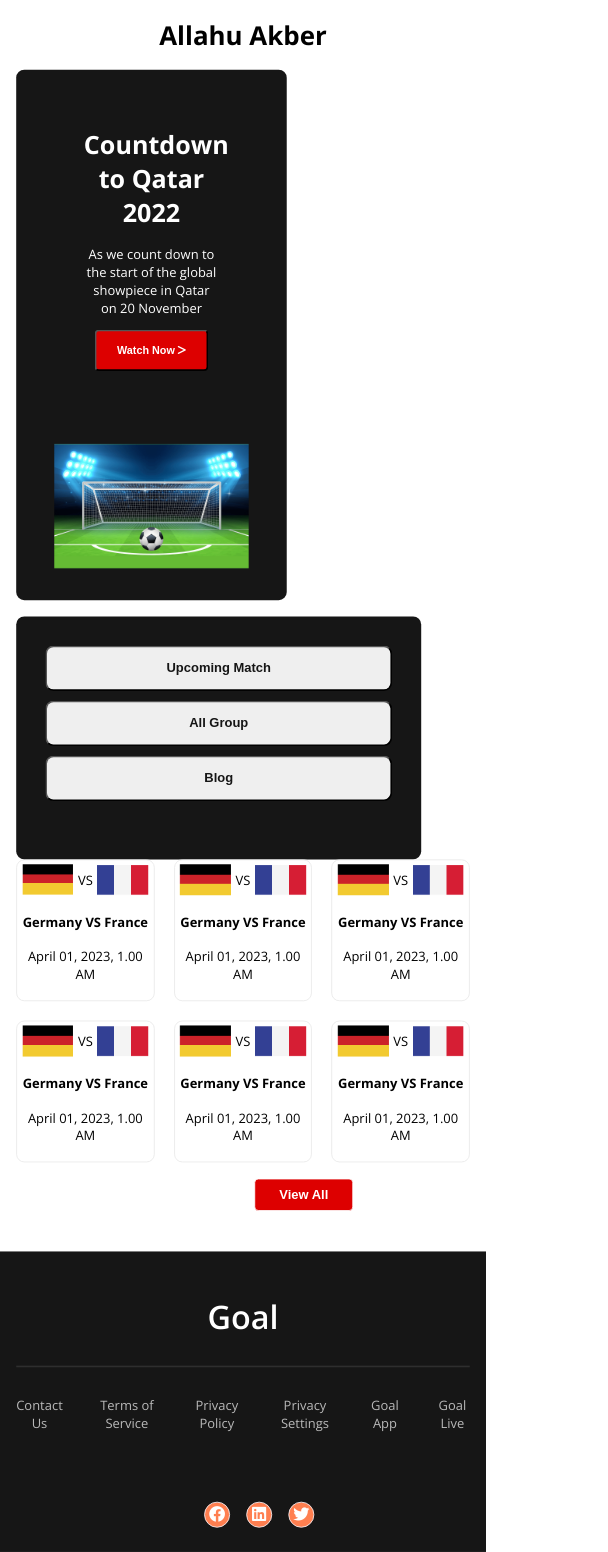
Repository: zjria/Qatar-world-cup
Page: match.html
An editor plug-in stored every save of this project. The page is shown before and after the next save, followed by the edit.
The browser window is 600 px wide. The page is 750 px wide, so the pictures cover 750 px, including what lies to the right of the window. The pictures show the whole page, at 81% of full size.

Above is the page before, as saved 2022-09-10 18:05:34.

### match.html
<!DOCTYPE html>
<html lang="en">

<head>
    <meta charset="UTF-8">
    <meta http-equiv="X-UA-Compatible" content="IE=edge">
    <meta name="viewport" content="width=device-width, initial-scale=1.0">
    <title>QATAR WORLD CUP</title>
    <!-- Font Awesome CDN Link -->
    <link rel="stylesheet" href="https://cdnjs.cloudflare.com/ajax/libs/font-awesome/6.2.0/css/all.min.css"
        integrity="sha512-xh6O/CkQoPOWDdYTDqeRdPCVd1SpvCA9XXcUnZS2FmJNp1coAFzvtCN9BmamE+4aHK8yyUHUSCcJHgXloTyT2A=="
        crossorigin="anonymous" referrerpolicy="no-referrer" />
    <!-- Font Awesome CDN Link -->
    <link rel="stylesheet" href="https://cdnjs.cloudflare.com/ajax/libs/font-awesome/6.2.0/css/all.min.css"
        integrity="sha512-xh6O/CkQoPOWDdYTDqeRdPCVd1SpvCA9XXcUnZS2FmJNp1coAFzvtCN9BmamE+4aHK8yyUHUSCcJHgXloTyT2A=="
        crossorigin="anonymous" referrerpolicy="no-referrer" />
    <!-- Custom CSS -->
    <link rel="stylesheet" href="style.css">

</head>

<body>
    <h1 style="text-align:center;">Allahu Akber</h1>


    <!-- Header Section -->
    <header class="header-container">

        <div class="header-text">
            <h1>Countdown to Qatar 2022</h1>
            <p>As we count down to the start of the global showpiece in Qatar on 20 November</p>
            <button>Watch Now <i class="fa-solid fa-greater-than"></i> </button>
        </div>

        <div class="header-img">
            <marquee behavior="alternate" scrollamount="0" direction="">
                <marquee behavior="alternate" scrollamount="0" direction="">
                    <img src="images/Ball.png" class="ball" alt="">
                </marquee>

            </marquee>

        </div>


    </header>


    <!-- Nav Section start HTML -->
    <div class="nav-container">
        <nav class="nav-section">
            <div class="all-button">
                <button><a href="#">Upcoming Match</a></button>
                <button><a href="#">All Group</a></button>
                <button><a href="#">Blog</a></button>
            </div>
        </nav>

        <!-- Main Section Start HTML  -->
        <main class="main-section">

            <div class="transfer">
                <div class="match-vs">
                    <img id="img-style" src="images/germany Flag.png" alt=""> <span>VS</span>
                    <img id="img-style" src="images/Flag.png" alt="">
                </div>
                <div class="match-text">
                    <h4>Germany VS France </h4>
                    <p>April 01, 2023, 1.00 AM</p>
                </div>
            </div>
            <div class="transfer">
                <div class="match-vs">
                    <img id="img-style" src="images/germany Flag.png" alt=""> <span>VS</span>
                    <img id="img-style" src="images/Flag.png" alt="">
                </div>
                <div class="match-text">
                    <h4>Germany VS France </h4>
                    <p>April 01, 2023, 1.00 AM</p>
                </div>
            </div>
            <div class="transfer">
                <div class="match-vs">
                    <img id="img-style" src="images/germany Flag.png" alt=""> <span>VS</span>
                    <img id="img-style" src="images/Flag.png" alt="">
                </div>
                <div class="match-text">
                    <h4>Germany VS France </h4>
                    <p>April 01, 2023, 1.00 AM</p>
                </div>
            </div>
            <div class="transfer">
                <div class="match-vs">
                    <img id="img-style" src="images/germany Flag.png" alt=""> <span>VS</span>
                    <img id="img-style" src="images/Flag.png" alt="">
                </div>
                <div class="match-text">
                    <h4>Germany VS France </h4>
                    <p>April 01, 2023, 1.00 AM</p>
                </div>
            </div>
            <div class="transfer">
                <div class="match-vs">
                    <img id="img-style" src="images/germany Flag.png" alt=""> <span>VS</span>
                    <img id="img-style" src="images/Flag.png" alt="">
                </div>
                <div class="match-text">
                    <h4>Germany VS France </h4>
                    <p>April 01, 2023, 1.00 AM</p>
                </div>
            </div>
            <div class="transfer">
                <div class="match-vs">
                    <img id="img-style" src="images/germany Flag.png" alt=""> <span>VS</span>
                    <img id="img-style" src="images/Flag.png" alt="">
                </div>
                <div class="match-text">
                    <h4>Germany VS France </h4>
                    <p>April 01, 2023, 1.00 AM</p>
                </div>
            </div>

        </main>
    </div>

    <!-- Only Table -->
    <div class="view-all">
        <Button>View All</Button>
    </div>

    <!-- Footer Section start -->
    <div class="footer-container">
        <div class="footer">
            <h2>Goal</h2>
            <hr>
            <div class="footer-text">
                <ul>
                    <li>Contact Us</li>
                    <li>Terms of Service</li>
                    <li>Privacy Policy</li>
                    <li>Privacy Settings</li>
                    <li>Goal App</li>
                    <li>Goal Live</li>
                </ul>
            </div>
        </div>
        <!-- Social Icons start -->
        <div class="social-icons">
            <ul>
                <li><a href="https://web.facebook.com/profile.php?id=100010388645936"><i
                            class="fa-brands fa-facebook"></i></a></li>
                <li><a href="https://www.linkedin.com/in/web-developer-zj/"><i class="fa-brands fa-linkedin"></i></a>
                </li>
                <li><a href="https://twitter.com/webdeveloper_zj"><i class="fa-brands fa-twitter"></i></a></li>
            </ul>
        </div>
    </div>
</body>

</html>

### style.css
/* Google Fonts Link */
@import url('https://fonts.googleapis.com/css2?family=Open+Sans:wght@300;400;500;600;700&family=Poppins:wght@500&family=Roboto:wght@100;300;400;500;700;900&display=swap');

body {
    font-family: 'Open Sans', sans-serif;
    margin: 0%;
    padding: 0%;
    background-color: white;
}

/* Header Section */

.header-container {
    display: flex;
    border-radius: 10px;
    margin-bottom: 130px;
    margin: 20px;
    background: #161616;
}

.header-container .header-text {
    color: #FFFFFF;
    padding: 50px;
    width: 50%;

}

.header-container .header-text h1 {
    font-size: 42px;
    bottom: 20px;
}

.header-container .header-text p {
    font-size: 16px;
}

.header-container .header-text button {
    background: #DD0000;
    border-radius: 5px;
    padding: 16px 25px;
    color: white;
    font-weight: 700;
}

.header-img {
    background: url(images/goal-bar.png);
    background-repeat: no-repeat;
    background-position: center;
    background-size: 90%;
    width: 50%;
}

.header-img .ball {
    justify-content: center;
    align-items: center;
    margin: 0 auto;
    display: flex;
    margin-top: 54%;
}

.header-img img {
    width: 10%;
}

.ball {
    transition: transform 0.3s ease-out;
}

.header-img:hover .ball {
    transform: rotate(90deg);
    transform: translate(280px, -50%);
    padding-top: -60px;
    transform: scale(0.5) translate(-100%, -100%) rotate(0.5turn);

}


/* Nav Section Start */

.nav-container {
    display: flex;
    margin: 20px;
    flex-direction: column;
}

.nav-section {
    background: #161616;
    border-radius: 10px;
    margin-right: 24px;
    width: 500px;
    height: 300px;
}

.all-button {
    display: flex;
    flex-direction: column;
    margin: 30px 30px 0px 30px;
}

.all-button button {
    padding: 17px;
    margin-bottom: 20px;
    border-radius: 10px;
    font-weight: 700;
    font-size: 16px;
}

.all-button button a {
    text-decoration: none;
    color: #161616;
}

.all-button button:hover {
    background-color: #DD0000;
    color: white;
}

/* Main Section */
.main-section {
    display: grid;
    grid-template-columns: repeat(3, 1fr);
    grid-column-gap: 24px;
    grid-row-gap: 24px;
}

.transfer {
    border: 1px solid #E8E8E8;
    border-radius: 10px;
    padding: 5px;
}

.transfer .match-vs {
    display: flex;
    justify-content: center;
    align-items: center;
    text-align: center;
}

.transfer .match-text {
    justify-content: center;
    align-items: center;
    text-align: center;
}

.transfer span {
    padding: 0 5px;
}

.button-text {
    padding: 20px;
}

.button-text button {
    padding: 5px 20px;
    border: 1px solid;
    border-radius: 5px;
    font-size: 16px;
    background-color: white;
}

.button-text p {
    font-size: 18px;
    font-weight: 600;
}

.match-vs #img-style {
    width: 40%;
}

.transfer img {
    width: 100%;
}

.container .nav-section {
    width: 312px;
}

.icons {
    display: flex;
    color: rgba(22, 22, 22, 0.7);
    font-size: 16px;
}

.icons p {
    margin-right: 40px;
}

/* Only Table */
.view-all {
    display: flex;
    justify-content: center;
    margin: 0 auto;
    margin-right: -25%;
}

.view-all button {
    padding: 10px 30px;
    border: 1px solid;
    border-radius: 5px;
    font-size: 16px;
    color: white;
    background-color: #DD0000;
    font-weight: 700;
}



/* Footer Container style start */
.footer-container {
    width: 100%;
    background: #161616;
    margin-top: 50px;
}

.footer hr {
    border: 1px solid rgba(255, 255, 255, 0.1);

}

.footer {
    text-align: center;
    justify-content: center;
    align-items: center;
    margin: 0 auto;
    padding: 20px 0px;
}

.footer hr {
    margin: 0px 20px;
}

.footer-container h2 {
    color: #FFFFFF;
    font-weight: 600;
    font-size: 40px;

}

.footer-container .footer-text {
    color: #FFFFFF;
    text-align: center;
    justify-content: center;
    align-items: center;

}

.footer-container .footer-text ul {
    display: flex;
    text-align: center;
    justify-content: center;
    align-items: center;
    /* margin: 0px 20px; */
    padding: 0px;
}

.footer-container .footer-text ul li {
    text-decoration: none;
    list-style: none;
    margin: 20px 20px;
    color: #B9B9B9;
    font-size: 16px;
}

/* Social Icons style start */
.social-icons {
    color: white;
    font-size: 20px;
    margin: 0 auto;
    text-align: center;
    justify-content: center;
    align-items: center;
    display: flex;
}

.social-icons ul {
    display: flex;
}

.social-icons ul li {
    background-color: coral;
    border-radius: 50%;
    width: 30px;
    height: 30px;
    border: 1px solid ghostwhite;
    list-style: none;
    margin: 10px;

}

.social-icons ul li a {
    color: white;
}

/* Media Query styles */
@media only screen and (max-width: 688px) {
    .header-container .header-text h1 {
        font-size: 31px;
        bottom: 20px;
    }

    .header-container {
        /* display: flex; */
        /* margin: 20px; */
        /* background: #161616; */
        flex-direction: column;
        text-align: center;
        align-items: center;
        width: 334px;
    }

    .header-img .ball {
        justify-content: center;
        align-items: center;
        margin: 0 auto;
        display: flex;
        margin-top: 31%;
    }

    .header-img {
        /* background: url(images/goal-bar.png); */
        /* background-repeat: no-repeat; */
        /* background-position: center; */
        background-size: 80%;
        width: 90%;
        padding: 50px 0px;
    }

    .all-button {
        /* display: flex; */
        /* flex-direction: row; */
        margin: 30px 30px 0px 30px;
    }

    .all-button button {
        padding: 17px;
        margin: 6px;
        border-radius: 10px;
        font-weight: 700;
        font-size: 16px;
    }
}

After the next save:
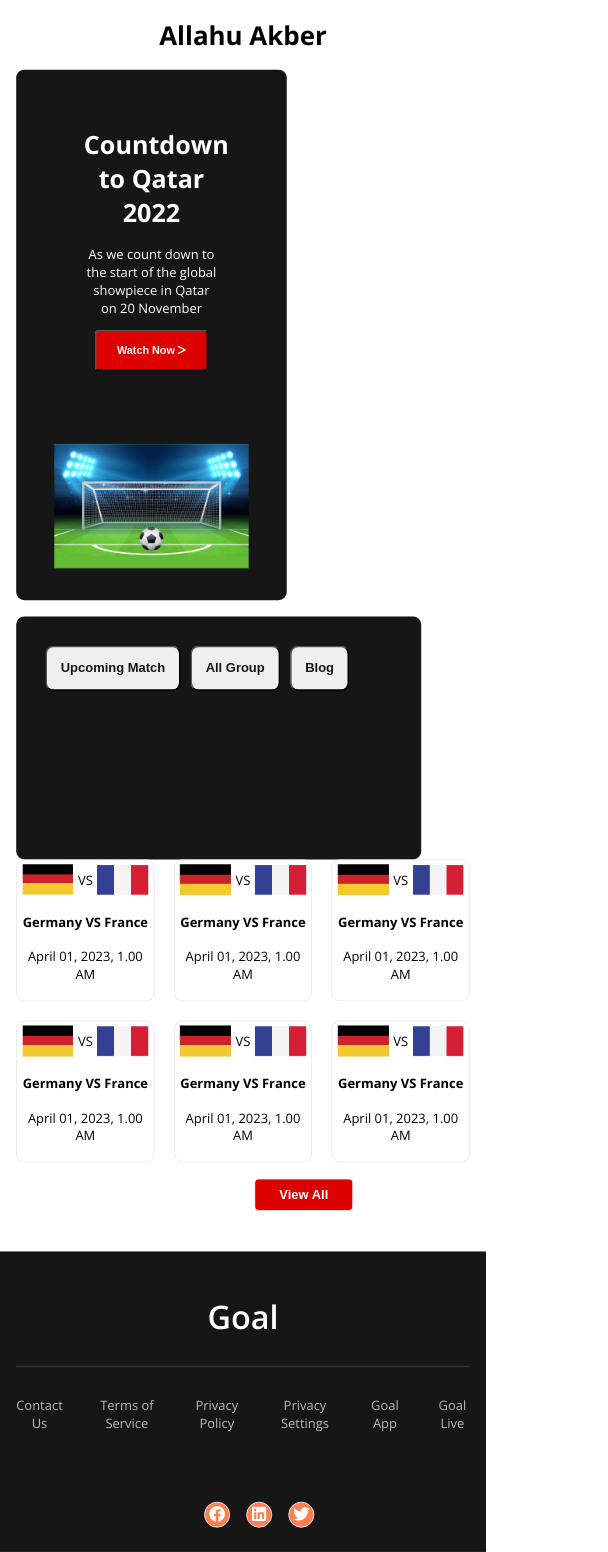
Saved 33 s later.
--- a/style.css
+++ b/style.css
@@ -331,6 +331,12 @@
         margin: 30px 30px 0px 30px;
     }
 
+    .all-button {
+        display: flex;
+        flex-direction: row;
+        margin: 30px 30px 0px 30px;
+    }
+
     .all-button button {
         padding: 17px;
         margin: 6px;
